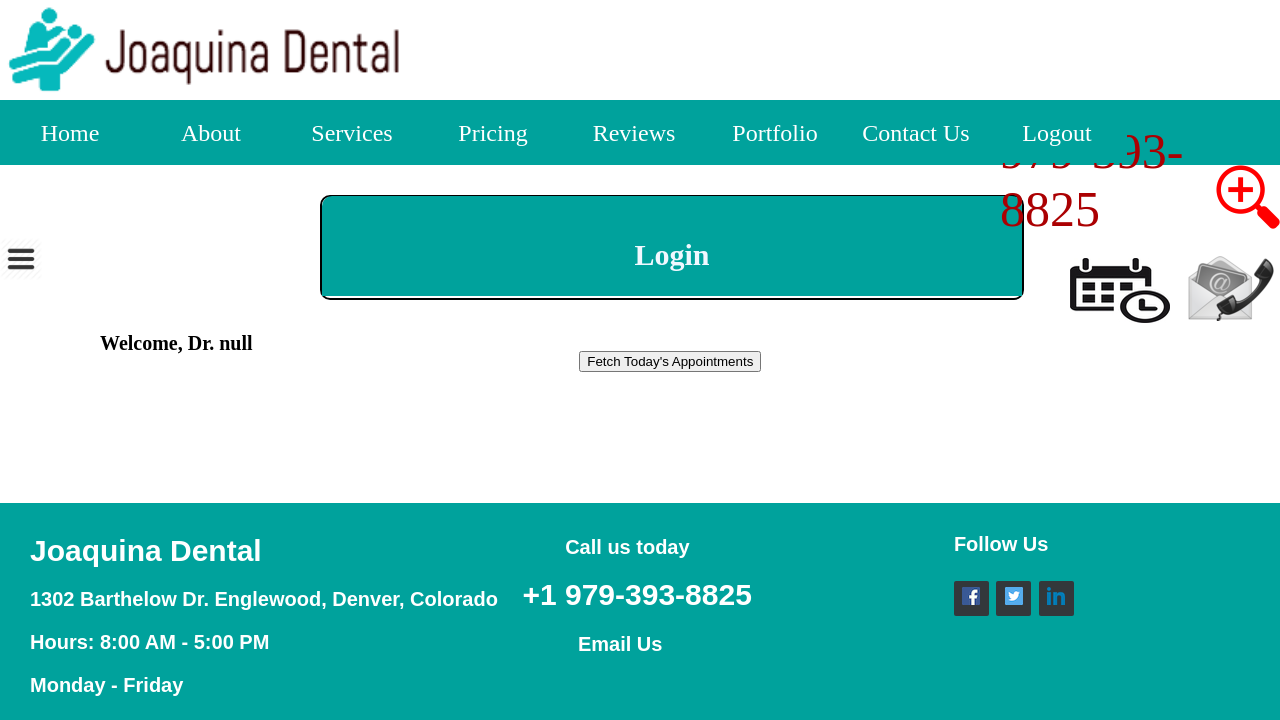
Repository: ManjushaBolishetty/test
Page: http://localhost/test/DentistHomePage.jsp
These files come from the project's save history. The page is drawn as it stood at one moment and after the next save; the edit follows.
The browser window is 1280 px wide. The pictures show the whole page.
The page is served by Tomcat 9.

Above is the page before, as saved 2016-04-03 17:32:17.

After the next save:
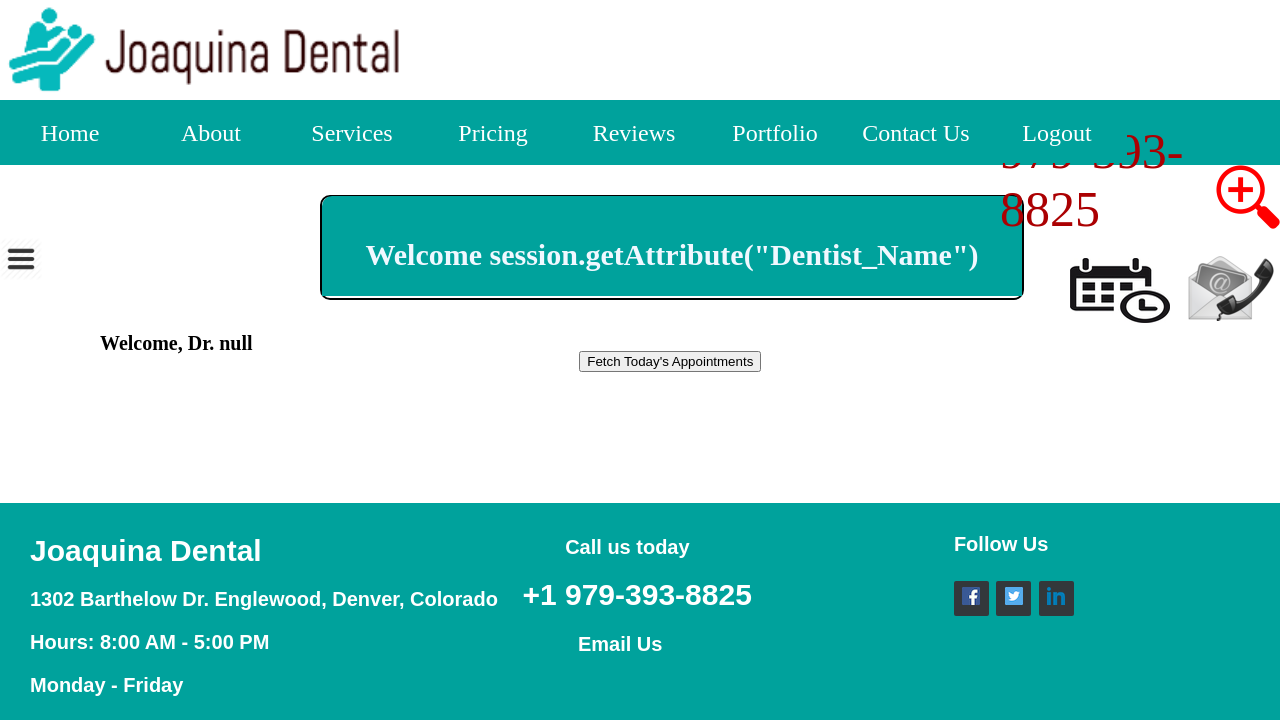
Saved 20 s later.
--- a/test/WebContent/DentistHomePage.jsp
+++ b/test/WebContent/DentistHomePage.jsp
@@ -37,7 +37,7 @@ $(document).ready(function(){
 <body>
 <div id="cover">
 <header>
-    <h3>Login</h3>
+    <h3>Welcome session.getAttribute("Dentist_Name")</h3>
 </header>
 </div>
 
